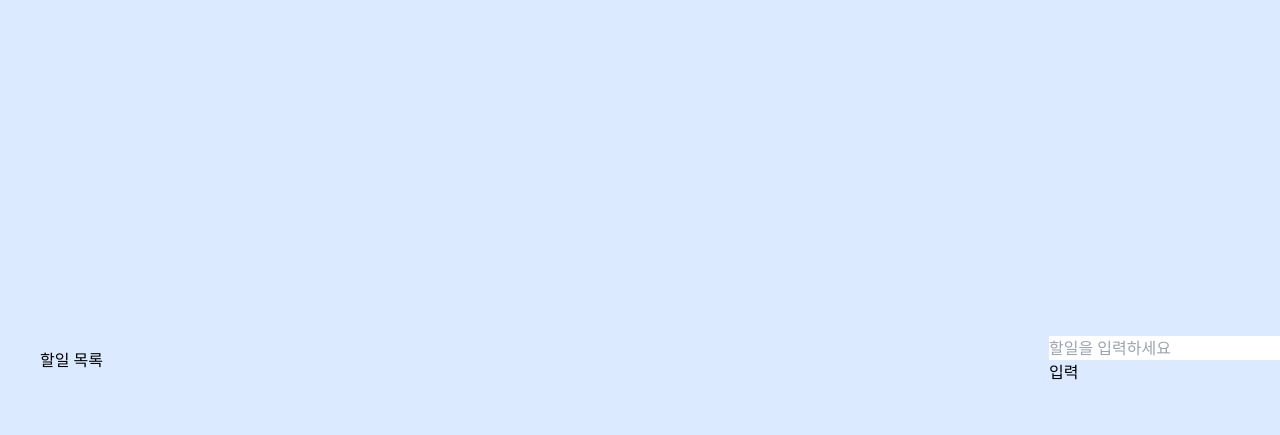
Repository: siwon9898/react-learn
Page: /
These files come from the project's save history. The page is drawn as it stood at one moment and after the next save; the edit follows.
The browser window is 1280 px wide. The pictures show the whole page.
The project was rebuilt for these pictures with package versions that can differ from the ones it lists, and the page was loaded fresh each time. Also part of the build but not shown: src/index.css.

Above is the page before, as saved 2023-03-30 11:29:35.

### public/index.html
<!-- 페이지 템플릿 -->
<!DOCTYPE html>
<html lang="en">
  <head>
    <meta charset="utf-8" />
    <link rel="icon" href="%PUBLIC_URL%/favicon.ico" />
    <meta name="viewport" content="width=device-width, initial-scale=1" />
    <meta name="theme-color" content="#000000" />
    <meta
      name="description"
      content="Web site created using create-react-app"
    />
    <link rel="apple-touch-icon" href="%PUBLIC_URL%/logo192.png" />
    <!--
      manifest.json provides metadata used when your web app is installed on a
      user's mobile device or desktop. See https://developers.google.com/web/fundamentals/web-app-manifest/
    -->
    <link rel="manifest" href="%PUBLIC_URL%/manifest.json" />
    <!--
      Notice the use of %PUBLIC_URL% in the tags above.
      It will be replaced with the URL of the `public` folder during the build.
      Only files inside the `public` folder can be referenced from the HTML.

      Unlike "/favicon.ico" or "favicon.ico", "%PUBLIC_URL%/favicon.ico" will
      work correctly both with client-side routing and a non-root public URL.
      Learn how to configure a non-root public URL by running `npm run build`.
    -->
    <title>React App</title>
  </head>
  <body>
    <noscript>You need to enable JavaScript to run this app.</noscript>
    <div id="root"></div>
    <!--
      This HTML file is a template.
      If you open it directly in the browser, you will see an empty page.

      You can add webfonts, meta tags, or analytics to this file.
      The build step will place the bundled scripts into the <body> tag.

      To begin the development, run `npm start` or `yarn start`.
      To create a production bundle, use `npm run build` or `yarn build`.
    -->
  </body>
</html>

### src/index.js
//js 시작점
import React from 'react';
import ReactDOM from 'react-dom/client';
import './index.css';
import App from './App';
import reportWebVitals from './reportWebVitals';

const root = ReactDOM.createRoot(document.getElementById('root'));
root.render(
  <React.StrictMode>
    <App />
  </React.StrictMode>
);

// If you want to start measuring performance in your app, pass a function
// to log results (for example: reportWebVitals(console.log))
// or send to an analytics endpoint. Learn more: https://bit.ly/CRA-vitals
reportWebVitals();

### src/App.js
import React from "react";
import { useState } from "react";
import "./App.css";
import List from "./components/List";
import Form from "./components/Form";
// export default class App extends Component {
//   btnStyle = {
//     color: "#fff",
//     border: "none",
//     padding: "5px 9px",
//     borderRadius: "50%",
//     cursor: "pointer",
//     float: "right",
//   };

//   getStyle = (completed) => {
//     return {
//       padding: "10px",
//       borderBottom: "1px #ccc dotted",
//       textDecoration: completed ? "line-through" : "none",
//     };
//   };

//   state = {
//     todoData: [],
//     value: "",
//   };

//   handleClick = (id) => {
//     let newTodoData = this.state.todoData.filter((data) => data.id !== id);
//     this.setState({ todoData: newTodoData });
//   };

//   handleChange = (e) => {
//     this.setState({ value: e.target.value });
//   };

//   handleSubmit = (e) => {
//     e.preventDefault(); //form안에서 input 전송(submit)할때 reload 막아줌

//     //새로운 할일 데이터
//     let newTodo = {
//       id: Date.now(),
//       title: this.state.value,
//       completed: false,
//     };
//     //원래있던 할일에 새로운 할일 추가해줌
//     this.setState({ todoData: [...this.state.todoData, newTodo], value: "" });
//   };

//   handleCompleteChange = (id) => {
//     let newTodo = this.state.todoData.map((data) => {
//       if (data.id === id) {
//         data.completed = !data.completed;
//       }
//       return data;
//     });

//     this.setState({ todoData: newTodo });
//   };
//   render() {
//     return (
//       <div className="container">
//         <div className="todoBlock">
//           <div className="title">
//             <h1>할일 목록</h1>
//           </div>
//           {/* map은 배열 요소를 함수를 거쳐 새로운 배열을 반환해준다 */}
//           {this.state.todoData.map((data) => (
//             <div style={this.getStyle(data.completed)} key={data.id}>
//               {/* 여러개의 객체를 넣을때는 unique한 key prop이 있어야함 */}
//               <input
//                 type="checkbox"
//                 defaultChecked={false}
//                 onChange={() => this.handleCompleteChange(data.id)}
//               />
//               {data.title}
//               {/* 중괄호로 넣어야 실제 데이터가 들어감 */}
//               <button
//                 style={this.btnStyle}
//                 onClick={() => this.handleClick(data.id)}
//               >
//                 X
//               </button>
//             </div>
//           ))}

//           <form style={{ display: "flex" }} onSubmit={this.handleSubmit}>
//             <input
//               type="text"
//               name="value"
//               placeholder="할일을 입력하세요"
//               style={{ flex: "10", padding: "5px" }}
//               value={this.state.value}
//               onChange={this.handleChange}
//             />
//             <input
//               type="submit"
//               value="입력"
//               className="btn"
//               style={{ flex: "1" }}
//             />
//           </form>
//         </div>
//       </div>
//     );
//   }
// }

export default function App() {
  const [TodoData, setTodoData] = useState([]);
  const [value, setValue] = useState("");
  const handleSubmit = (e) => {
    e.preventDefault();

    let newTodo = {
      id: Date.now(),
      title: value,
      complete: false,
    };
    setTodoData((prev) => [...prev, newTodo]);
    setValue("");
  };
  return (
    <div className="flex items-center justify-center w-screen h-screen bg-blue-100">
      <div className="w-full p-6 m-4 ">
        <div>
          <h1>할일 목록</h1>
        </div>
        {/* tododata state는여러개의 컴포넌트에서 쓰기때문에 state자체를 옮기기보다는 props로 내려주는것이 적합 */}
        <List TodoData={TodoData} setTodoData={setTodoData} />
      </div>
      <Form handleSubmit={handleSubmit} value={value} setValue={setValue} />
    </div>
  );
}

### src/components/List.js
import React from "react";

export default function List({ TodoData, setTodoData }) {
  const handleCompleteChange = (id) => {
    let newTodo = TodoData.map((data) => {
      if (data.id === id) {
        data.complete = !data.complete;
      }
      return data;
    });
    setTodoData(newTodo);
  };

  const handleClick = (id) => {
    let newTodoData = TodoData.filter((data) => data.id !== id);
    setTodoData(newTodoData);
  };

  return (
    <div>
      {TodoData.map((data) => (
        <div key={data.id}>
          <input
            type="checkbox"
            defaultChecked={false}
            onChange={() => handleCompleteChange(data.id)}
          />
          {data.title}
          <button onClick={() => handleClick(data.id)}>X</button>
        </div>
      ))}
    </div>
  );
}

### src/components/Form.js
import React from "react";

export default function Form({ handleSubmit, value, setValue }) {
  const handleChange = (e) => {
    setValue(e.target.value);
  };

  return (
    <form onSubmit={handleSubmit}>
      <input
        type="text"
        name="value"
        placeholder="할일을 입력하세요"
        value={value}
        onChange={handleChange}
      />
      <input type="submit" value="입력" />
    </form>
  );
}

Loaded but not shown: src/reportWebVitals.js (common file); src/App.css (common file); tailwind.config.js (common file)

After the next save:
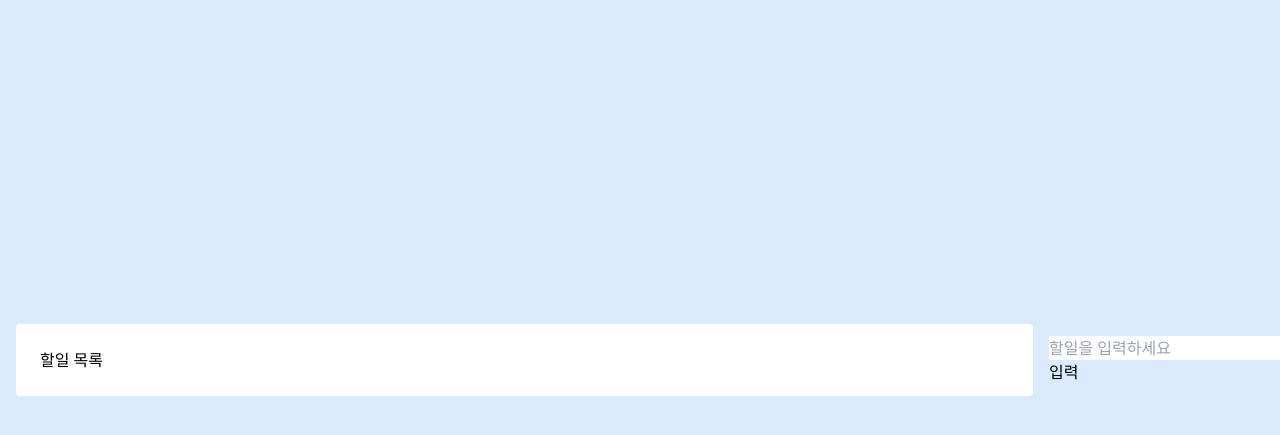
Saved 16 s later.
--- a/src/App.js
+++ b/src/App.js
@@ -123,7 +123,7 @@ export default function App() {
   };
   return (
     <div className="flex items-center justify-center w-screen h-screen bg-blue-100">
-      <div className="w-full p-6 m-4 ">
+      <div className="w-full p-6 m-4 bg-white rounded">
         <div>
           <h1>할일 목록</h1>
         </div>
